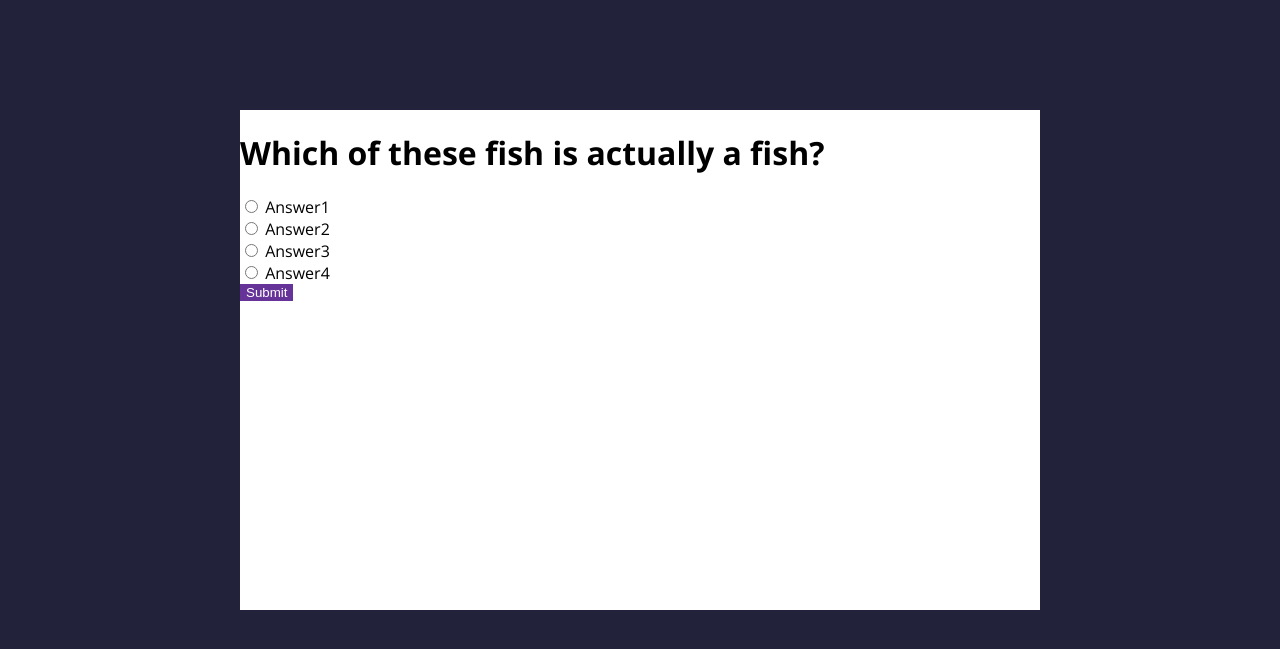
Repository: Wanglongzhi2001/Learn-javascript
Page: quiz/quiz.html
The author's editor kept a copy of each file at every save. The page is drawn from the files as they stood at one save, then again after the next save.
The browser window is 1280 px wide. The pictures show the whole page.

Above is the page before, as saved 2023-02-02 18:01:19.

After the next save:
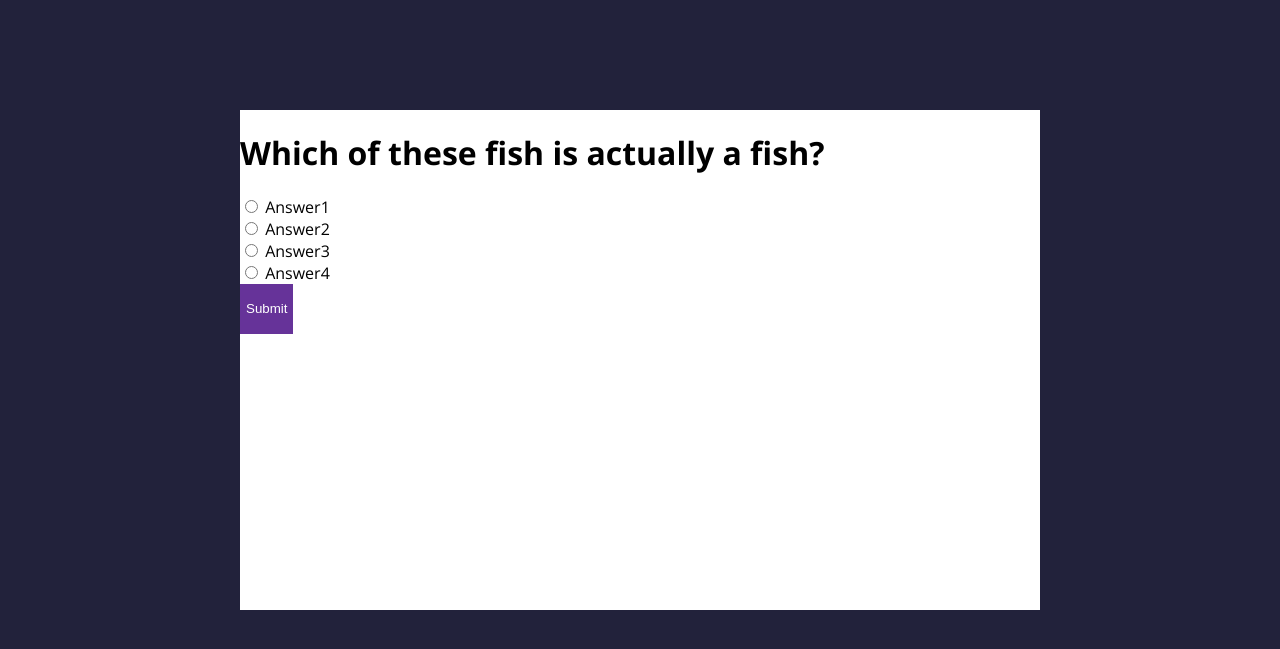
Saved 55 s later.
--- a/quiz/quiz.css
+++ b/quiz/quiz.css
@@ -17,6 +17,9 @@ body{
     color: white;
     border: none;
     cursor: pointer;
+    widows: 100%;;
+    height: 50px;
+
 }
 .result{
     display: none;
